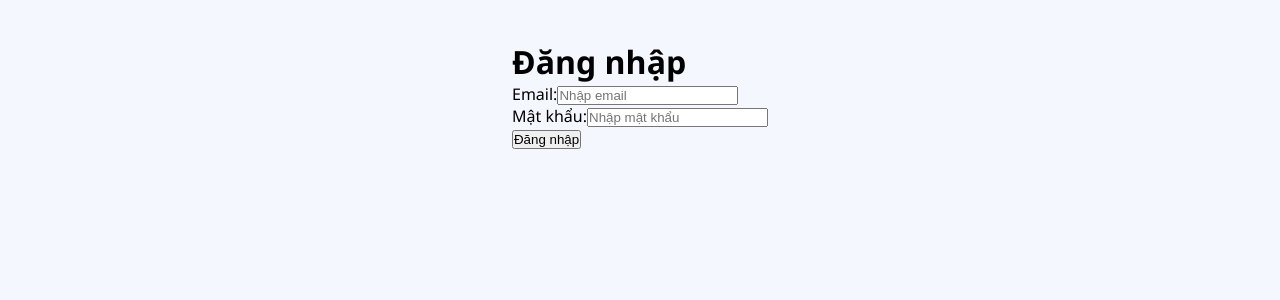
Repository: phuc258/BTVN03-REACT03
Page: /login
These files come from the project's save history. The page is drawn as it stood at one moment and after the next save; the edit follows.
The browser window is 1280 px wide. The pictures show the whole page.
The project was rebuilt for these pictures with package versions that can differ from the ones it lists, and the page was loaded fresh each time. Also part of the build but not shown: vite.config.ts, src/pages/NotFoundPage.tsx, src/pages/TodoPage.tsx.

Above is the page before, as saved 2026-01-18 23:27:33.

After the next save:
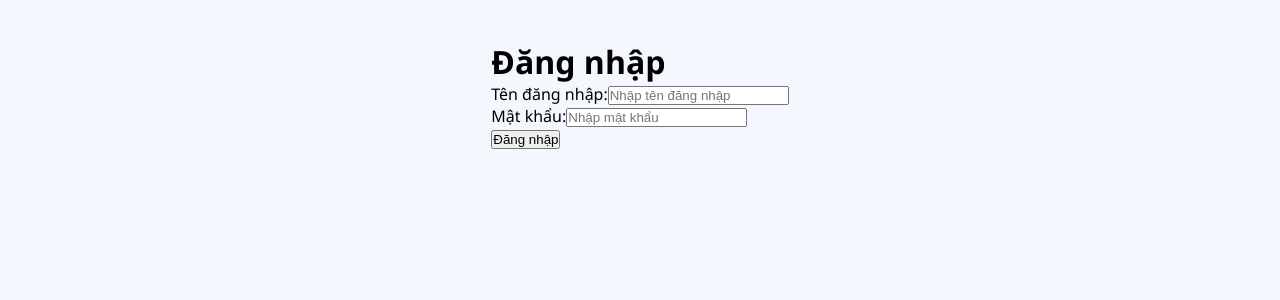
Saved 117 s later.
--- a/src/pages/LoginPage.tsx
+++ b/src/pages/LoginPage.tsx
@@ -1,18 +1,46 @@
-import React from "react";
+import React, { useState } from "react";
+import { useNavigate } from "react-router-dom";
 
 const LoginPage: React.FC = () => {
+    const [username, setUsername] = useState("");
+    const [password, setPassword] = useState("");
+    const [error, setError] = useState("");
+    const navigate = useNavigate();
+
+    const handleSubmit = (e: React.FormEvent) => {
+        e.preventDefault();
+
+        if (username === "admin" && password === "1") {
+            localStorage.setItem("isLoggedIn", "true");
+            navigate("/");
+        } else {
+            setError("Tên đăng nhập hoặc mật khẩu không đúng!");
+        }
+    };
+
     return (
         <div className="login-page">
             <h1>Đăng nhập</h1>
-            <form>
+            <form onSubmit={handleSubmit}>
                 <div>
-                    <label>Email:</label>
-                    <input type="email" placeholder="Nhập email" />
+                    <label>Tên đăng nhập:</label>
+                    <input
+                        type="text"
+                        placeholder="Nhập tên đăng nhập"
+                        value={username}
+                        onChange={(e) => setUsername(e.target.value)}
+                    />
                 </div>
                 <div>
                     <label>Mật khẩu:</label>
-                    <input type="password" placeholder="Nhập mật khẩu" />
+                    <input
+                        type="password"
+                        placeholder="Nhập mật khẩu"
+                        value={password}
+                        onChange={(e) => setPassword(e.target.value)}
+                    />
                 </div>
+                {error && <p style={{ color: "red" }}>{error}</p>}
                 <button type="submit">Đăng nhập</button>
             </form>
         </div>
